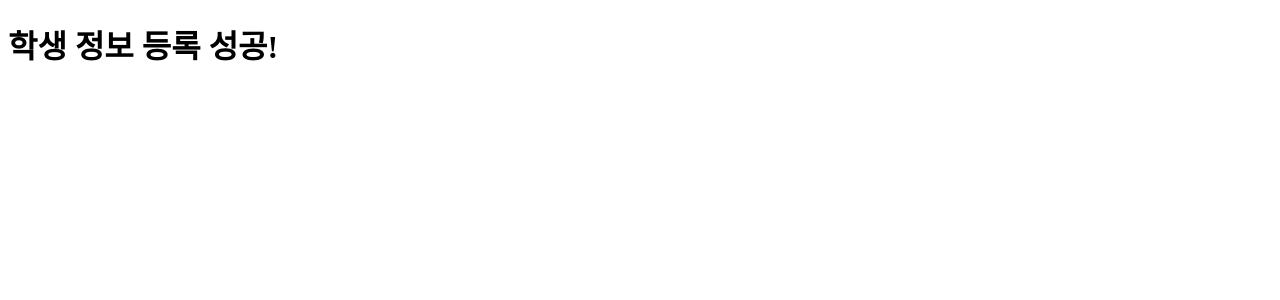
Repository: junesse-afk/ITJSP
Page: http://localhost/StudyJSP/jsp09_servlet/test6_student_regist_success.jsp
These files come from the project's save history. The page is drawn as it stood at one moment and after the next save; the edit follows.
The browser window is 1280 px wide. The pictures show the whole page.
The page is served by Tomcat 10.

Above is the page before, as saved 2024-11-27 00:20:54.

After the next save:
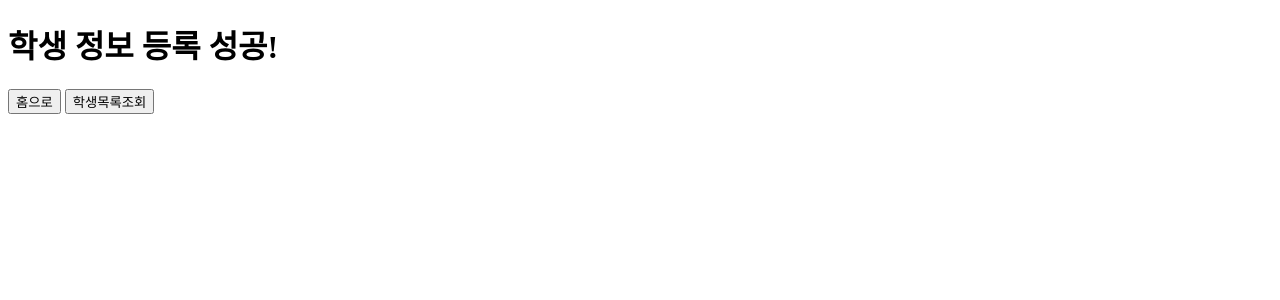
Saved 45 s later.
--- a/workspace_jsp/StudyJSP/src/main/webapp/jsp09_servlet/test6_student_regist_success.jsp
+++ b/workspace_jsp/StudyJSP/src/main/webapp/jsp09_servlet/test6_student_regist_success.jsp
@@ -9,6 +9,8 @@
 <body>
 
 	<h1>학생 정보 등록 성공!</h1>
+	<input type="button" value="홈으로" onclick="location.href='StudentMain.st'">
+	<input type="button" value="학생목록조회" onclick="location.href='StudentList.st'">
 
 </body>
 </html>
